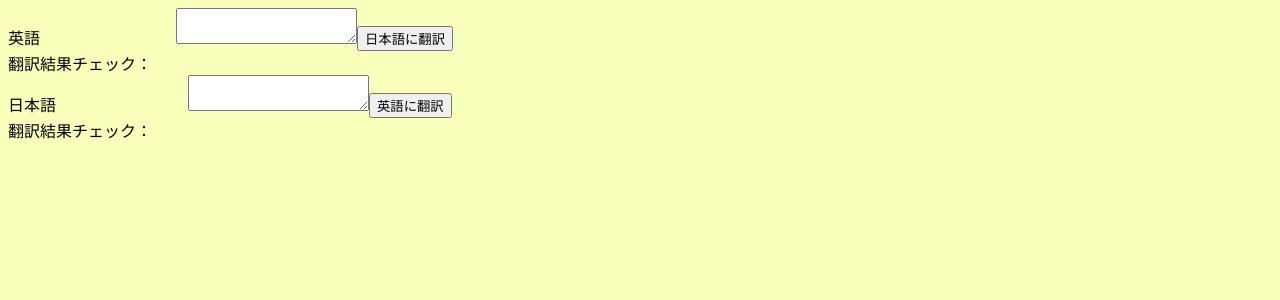
Repository: Reiya-1003/NuxtTS-Translate
Page: /
An editor plug-in stored every save of this project. The page is shown before and after the next save, followed by the edit.
The browser window is 1280 px wide. The pictures show the whole page.
The project was rebuilt for these pictures with package versions that can differ from the ones it lists, and the page was loaded fresh each time. The framework's server and built-in components were replaced by stand-ins that run in the browser. Also part of the build but not shown: nuxt.config.js, components/item.vue. Imported but missing from the stored project, and not drawn on this page: plugins/firebase.

Above is the page before, as saved 2022-01-27 15:24:40.

### assets/sass/app.scss
// Variables
@import 'variables';

// common
@import 'common';


.res{
    background-color: red;
}

### pages/index.vue
<template>
　　　<div>
     　　　　<div>
     　　　　　　<form>英語
      　　　　　　　　 <textarea v-model="japan"></textarea>
       　　　　　　　　<button type="button" @click="Enchange">日本語に翻訳</button>
     　　　　　　</form>
    　　　　　 <div>翻訳結果チェック：{{Enitems.text}}</div>
     　　　 </div>
    　　　　 <div>
     　　　　　　<form>日本語
       　　　　　　　　<textarea v-model="english"></textarea>
       　　　　　　　　<button type="button" @click="Jachange">英語に翻訳</button>
     　　　　　　</form>
     　　　　　　　<div>翻訳結果チェック：{{Jaitems.text}}</div>
     　　　　</div>
     <div class="res"></div>
     </div>
</template>

<script lang="ts">
import Vue from 'vue'
const axios = require('axios')


interface TransInfo{
  japan: number | string,
  english: number | string,
  Enitems: number | string | object,
  Jaitems: number | string | object,

}

interface MethodType {
  someMethod(): void

}
export default {
    data():TransInfo{
      return{
        japan:"",
        english:"",
        Enitems:{},
        Jaitems:{},
      }
    },








  methods:{
//
  Enchange: function(this:any){
    let kara:any = encodeURI(this.japan)
    console.log(kara)
    axios.get(`https://script.google.com/macros/s/AKfycbxSjnREpITlKTl9lo_uV2yqnQbzh4SH7jbAl8fN6YIHHiGWsTDl/exec?text=${kara}&source=ja&target=en`)
         .then((res:any)=>{
           console.log(res.data)
           this.Enitems = res.data
           this.english = res.data.text

           })
  },
   Jachange: function(this:any){

    axios.get(`https://script.google.com/macros/s/AKfycbxSjnREpITlKTl9lo_uV2yqnQbzh4SH7jbAl8fN6YIHHiGWsTDl/exec?text=${this.english}&source=en&target=ja`)
         .then((res:any)=>{
           console.log(res.data)
           this.Jaitems = res.data
           this.japan = res.data.text

           })
  },


  }
}
</script>
<style lang="scss">

</style>

### assets/sass/variables.scss
$color-bg: rgb(248, 255, 187);

### assets/sass/common.scss

body {
    background-color: $color-bg;
}

After the next save:
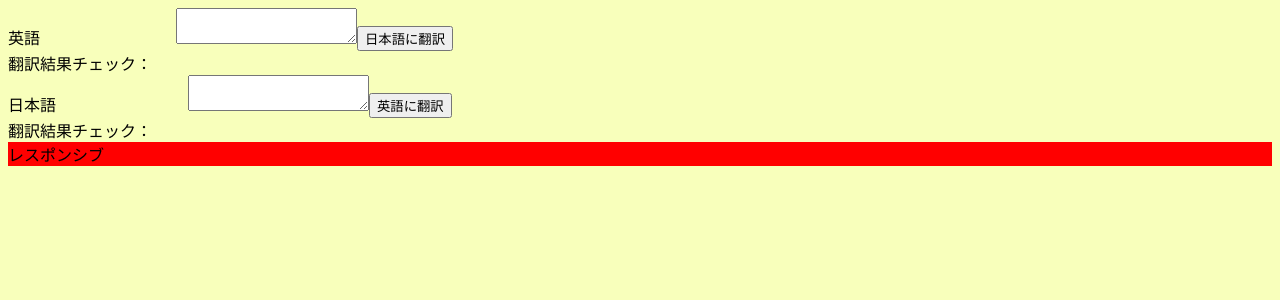
Saved 10 s later.
--- a/pages/index.vue
+++ b/pages/index.vue
@@ -14,7 +14,7 @@
      　　　　　　</form>
      　　　　　　　<div>翻訳結果チェック：{{Jaitems.text}}</div>
      　　　　</div>
-     <div class="res"></div>
+     <div class="res">レスポンシブ</div>
      </div>
 </template>
 

After the save that followed:
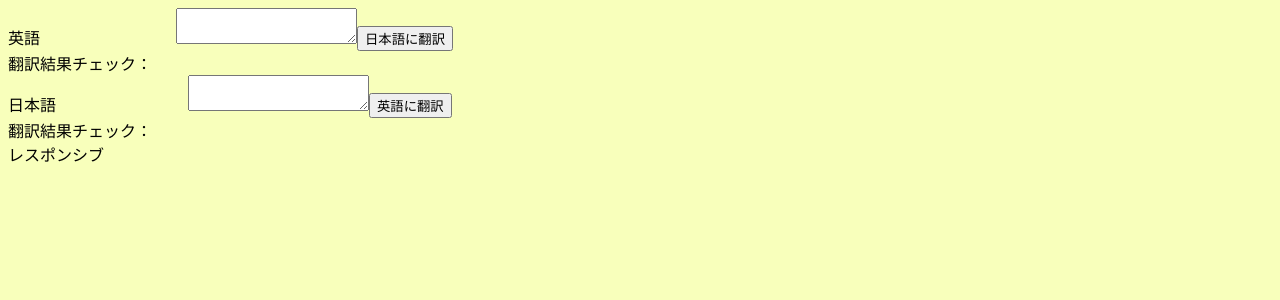
Saved 13 min 52 s later.
--- a/assets/sass/app.scss
+++ b/assets/sass/app.scss
@@ -3,8 +3,3 @@
 
 // common
 @import 'common';
-
-
-.res{
-    background-color: red;
-}
